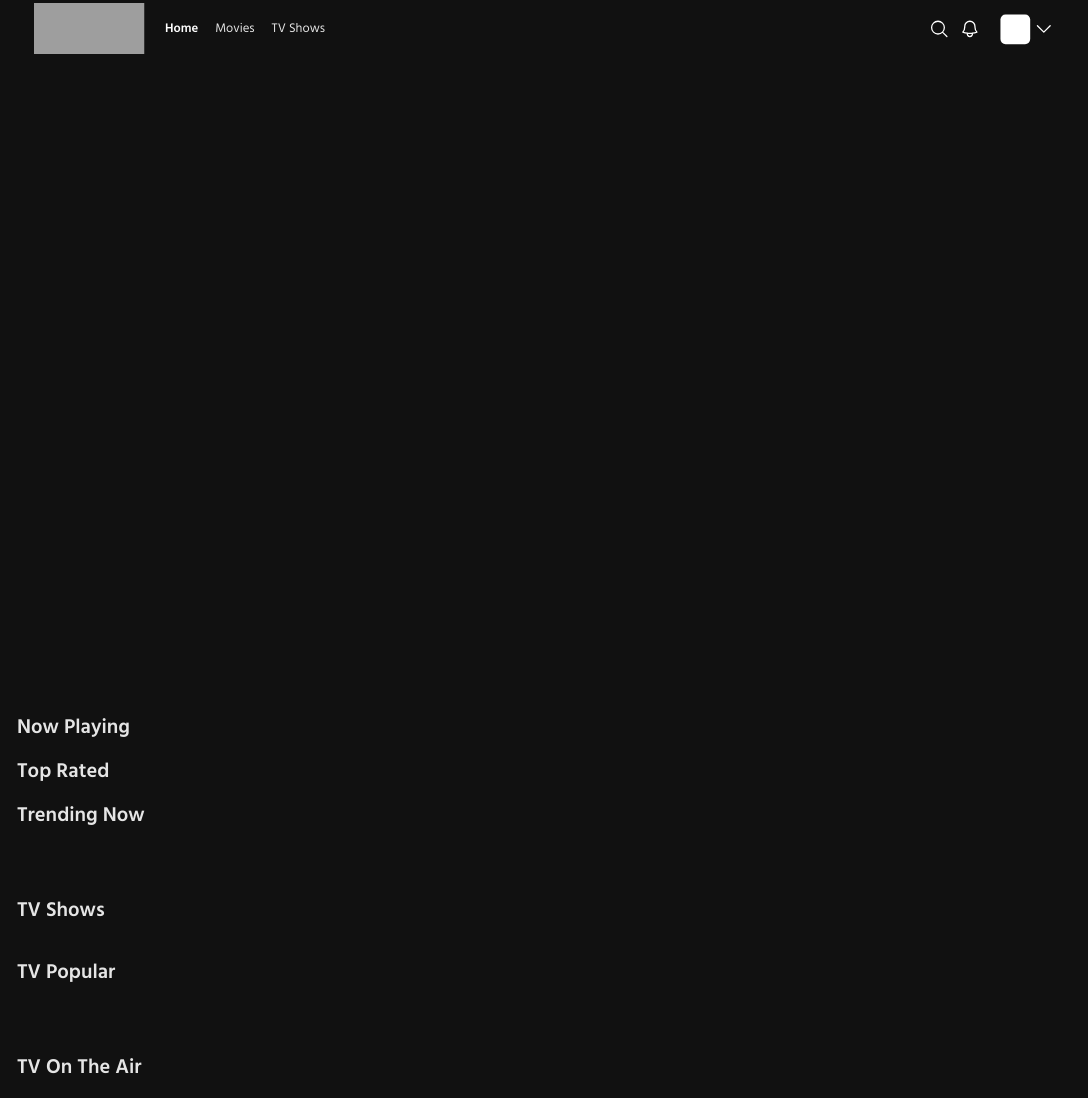
Repository: quynguyenn97/react-movie-app
Page: /
The author's editor kept a copy of each file at every save. The page is drawn from the files as they stood at one save, then again after the next save.
The browser window is 1280 px wide. The pictures show the part of the page from y = 0 to 1292 px (the page is 1852 px tall before and 1792 px after), at 85% of full size.
Pictures or frames that could not be fetched are drawn as grey boxes. The page's requests for data from a server got no answer. The project was rebuilt for these pictures with package versions that can differ from the ones it lists, and the page was loaded fresh each time. No one was signed in, and anything a server would have sent is missing. Also part of the build but not shown: src/banner/Banner.scss, src/hook/useDebounce.js, src/components/button/Button.js, src/components/shows/ShowsCard.js, src/pages/ShowPage.js, src/pages/ShowDetailPage.js, src/components/movie/MovieCard.scss.

Above is the page before, as saved 2022-10-19 18:49:05.

### public/index.html
<!DOCTYPE html>
<html lang="en">
    <head>
        <meta charset="utf-8" />
        <link rel="icon" href="%PUBLIC_URL%/favicon.ico" />
        <meta name="viewport" content="width=device-width, initial-scale=1" />
        <meta name="theme-color" content="#000000" />
        <meta
            name="description"
            content="Web site created using create-react-app" />
        <link rel="apple-touch-icon" href="%PUBLIC_URL%/logo192.png" />
        <!--
      manifest.json provides metadata used when your web app is installed on a
      user's mobile device or desktop. See https://developers.google.com/web/fundamentals/web-app-manifest/
    -->
        <link rel="manifest" href="%PUBLIC_URL%/manifest.json" />
        <!--
      Notice the use of %PUBLIC_URL% in the tags above.
      It will be replaced with the URL of the `public` folder during the build.
      Only files inside the `public` folder can be referenced from the HTML.

      Unlike "/favicon.ico" or "favicon.ico", "%PUBLIC_URL%/favicon.ico" will
      work correctly both with client-side routing and a non-root public URL.
      Learn how to configure a non-root public URL by running `npm run build`.
    -->
        <link rel="preconnect" href="https://fonts.googleapis.com" />
        <link rel="preconnect" href="https://fonts.gstatic.com" crossorigin />
        <link
            href="https://fonts.googleapis.com/css2?family=Hind:wght@400;500;600&display=swap"
            rel="stylesheet" />
        <title>React App</title>
    </head>
    <body>
        <noscript>You need to enable JavaScript to run this app.</noscript>
        <div id="root"></div>
        <!--
      This HTML file is a template.
      If you open it directly in the browser, you will see an empty page.

      You can add webfonts, meta tags, or analytics to this file.
      The build step will place the bundled scripts into the <body> tag.

      To begin the development, run `npm start` or `yarn start`.
      To create a production bundle, use `npm run build` or `yarn build`.
    --></body>
</html>

### src/index.js
import React from "react";
import ReactDOM from "react-dom/client";
import "./index.scss";
import App from "./App";
import reportWebVitals from "./reportWebVitals";
import { BrowserRouter } from "react-router-dom";

const root = ReactDOM.createRoot(document.getElementById("root"));
root.render(
    <BrowserRouter>
        <React.StrictMode>
            <App />
        </React.StrictMode>
    </BrowserRouter>
);

// If you want to start measuring performance in your app, pass a function
// to log results (for example: reportWebVitals(console.log))
// or send to an analytics endpoint. Learn more: https://bit.ly/CRA-vitals
reportWebVitals();

### src/index.scss
@tailwind base;
@tailwind components;
@tailwind utilities;

@layer base {
    body {
        @apply bg-[#111111] font-body   text-white;
    }
}
@layer components {
    .page-container {
        max-width: 1280px;
        @apply mx-auto;
    }
    .movie-list .swiper-slide {
        width: 300px;
        height: auto;
    }
    .banner .swiper {
        height: 100%;
    }
    .btn {
        box-shadow: 0 0 3px 3px rgba(#fc2872, 0.3);
    }
    .btn-custom {
        background: linear-gradient(107.61deg, #00a7b4 15.59%, #a4d96c 87.25%);
        border-radius: 8px;
        box-shadow: 0 0 3px 3px rgba(#a4d96c, 0.3);
    }
    .contact :hover {
        color: #a4d96c;
    }
}
.pagination {
    display: none;
}
.skeleton {
    background-color: #eee;
    background-image: linear-gradient(
        110deg,
        #ececec 8%,
        #f5f5f5 18%,
        #ececec 33%
    );
    background-size: 200% 100%;
    animation: 1.5s shine linear infinite;
}

@keyframes shine {
    to {
        background-position-x: -200%;
    }
}
@media (min-width: 640px) {
    .pagination {
        display: flex;
        align-items: center;
        justify-content: center;
        gap: 20px;
        .selected {
            @apply text-primary;
        }
    }
}

### src/App.js
import { Fragment, lazy, Suspense } from "react";
import Banner from "./banner/Banner";
import "swiper/scss";
import "swiper/css/autoplay";
import { Route, Routes } from "react-router-dom";
import Main from "./layout/Main";
import ShowPage from "./pages/ShowPage";
import ShowDetailsPage from "./pages/ShowDetailPage";
const HomePage = lazy(() => import("./pages/HomePage"));
const MovieDetailsPage = lazy(() => import("./pages/MovieDetailsPage"));
const MoviePage = lazy(() => import("./pages/MoviePage"));

function App() {
    return (
        <Fragment>
            <Suspense fallback={<></>}>
                <Routes>
                    <Route element={<Main></Main>}>
                        <Route
                            path="/"
                            element={
                                <>
                                    <Banner></Banner>
                                    <HomePage></HomePage>
                                </>
                            }></Route>
                        <Route
                            path="/movies"
                            element={<MoviePage></MoviePage>}></Route>
                        <Route
                            path="/movie/:movieId"
                            element={
                                <MovieDetailsPage></MovieDetailsPage>
                            }></Route>
                        <Route
                            path="/shows"
                            element={<ShowPage></ShowPage>}></Route>
                        <Route
                            path="/show/:showId"
                            element={
                                <ShowDetailsPage></ShowDetailsPage>
                            }></Route>
                    </Route>
                </Routes>
            </Suspense>
        </Fragment>
    );
}

export default App;

### src/layout/Main.js
import React, { Fragment } from "react";
import Header from "./Header";
import { Outlet } from "react-router-dom";
const Main = () => {
    return (
        <Fragment>
            <Header></Header>
            <Outlet></Outlet>
        </Fragment>
    );
};

export default Main;

### src/pages/HomePage.js
import React, { Fragment } from "react";
import MovieList from "../components/movie/MovieList";
import ShowsList from "../components/shows/ShowsList";
import Footer from "../layout/Footer";
const HomePage = () => {
    return (
        <Fragment>
            <section className="movies-layout px-5 pb-5">
                <h2 className="text-[#e5e5e5] capitalize text-2xl  sm:text-2xl font-bold">
                    Now playing
                </h2>
                <MovieList></MovieList>
                <div className="movie-list grid grid-cols-4 gap-10 px-5"></div>
            </section>
            <section className="movies-layout px-5 pb-5">
                <h2 className="text-[#e5e5e5] capitalize  text-2xl sm:text-2xl font-bold">
                    Top Rated
                </h2>
                <MovieList type="top_rated"></MovieList>
            </section>
            <section className="movies-layout px-5 pb-20">
                <h2 className="text-[#e5e5e5] capitalize text-2xl sm:text-2xl font-bold">
                    Trending Now
                </h2>
                <MovieList type="popular"></MovieList>
            </section>

            <section className="movies-layout px-5 pb-10">
                <h2 className="text-[#e5e5e5] capitalizetext-2xl sm:text-2xl font-bold">
                    TV Shows
                </h2>
                <ShowsList></ShowsList>
            </section>
            <section className="movies-layout px-5 pb-20">
                <h2 className="text-[#e5e5e5] capitalize text-2xl sm:text-2xl font-bold">
                    TV Popular
                </h2>
                <ShowsList type="popular"></ShowsList>
            </section>
            <section className="movies-layout px-5 pb-20">
                <h2 className="text-[#e5e5e5] capitalize text-2xl sm:text-2xl font-bold">
                    TV On The Air
                </h2>
                <ShowsList type="on_the_air"></ShowsList>
            </section>
            <Footer />
        </Fragment>
    );
};

export default HomePage;

### src/config.js
export const fetcher = (...args) => fetch(...args).then((res) => res.json());
export const apiKey = "5b6bd71d2eb24fb649d55629a64802ff";
const tmdbEndpoint = "https://api.themoviedb.org/3/movie";
const tmdbEndpointTV = "https://api.themoviedb.org/3/tv";
const tmdbEndpointSearch = "https://api.themoviedb.org/3/search/movie";
const tmdbEndpointSearchTV = "https://api.themoviedb.org/3/search/tv";
export const tmdbAPI = {
    getMovieList: (type, page = 2) =>
        `${tmdbEndpoint}/${type}?api_key=${apiKey}&page=${page}`,
    getMovieDetails: (movieId) =>
        `${tmdbEndpoint}/${movieId}?api_key=${apiKey}`,
    getMovieMeta: (movieId, type) =>
        `${tmdbEndpoint}/${movieId}/${type}?api_key=${apiKey}`,
    getMovieSearch: (query, page) =>
        `${tmdbEndpointSearch}?api_key=${apiKey}&query=${query}&page=${page}`,
    getTVList: (type, page = 1) =>
        `${tmdbEndpointTV}/${type}?api_key=${apiKey}&page=${page}`,
    getTVSearch: (query, page) =>
        `${tmdbEndpointSearchTV}?api_key=${apiKey}&query=${query}&page=${page}`,
    getTVDetails: (showId) => `${tmdbEndpointTV}/${showId}?api_key=${apiKey}`,
    getTVMeta: (showId, type) =>
        `${tmdbEndpointTV}/${showId}/${type}?api_key=${apiKey}`,

    imageOriginal: (url) => `https://image.tmdb.org/t/p/original/${url}`,
    image500: (url) => `https://image.tmdb.org/t/p/w500/${url}`,
};

### src/components/movie/MovieList.js
import React, { useEffect, useState } from "react";
import { SwiperSlide, Swiper } from "swiper/react";
import useSWR from "swr";
import { fetcher } from "../../config";
import MovieCard, { MovieCardSkeleton } from "./MovieCard";
import { tmdbAPI } from "../../config";

const MovieList = ({ type = "now_playing" }) => {
    const { data, error } = useSWR(tmdbAPI.getMovieList(type), fetcher);
    const isLoading = !data && !error;
    const movie = data?.results || [];
    return (
        <div className="movie-list">
            {isLoading && (
                <>
                    <Swiper
                        grabCursor={"true"}
                        spaceBetween={40}
                        slidesPerView={"auto"}>
                        <SwiperSlide>
                            <MovieCardSkeleton></MovieCardSkeleton>
                        </SwiperSlide>
                        <SwiperSlide>
                            <MovieCardSkeleton></MovieCardSkeleton>
                        </SwiperSlide>
                        <SwiperSlide>
                            <MovieCardSkeleton></MovieCardSkeleton>
                        </SwiperSlide>
                        <SwiperSlide>
                            <MovieCardSkeleton></MovieCardSkeleton>
                        </SwiperSlide>
                        <SwiperSlide>
                            <MovieCardSkeleton></MovieCardSkeleton>
                        </SwiperSlide>
                    </Swiper>
                </>
            )}
            {!isLoading && (
                <Swiper
                    grabCursor={"true"}
                    spaceBetween={10}
                    slidesPerView={"auto"}>
                    {movie &&
                        movie.length > 0 &&
                        movie.map((item) => {
                            return (
                                <SwiperSlide key={`movie-${item.id}`}>
                                    <MovieCard item={item}></MovieCard>
                                </SwiperSlide>
                            );
                        })}
                </Swiper>
            )}
        </div>
    );
};

export default MovieList;

### src/components/shows/ShowsList.js
import React from "react";
import { SwiperSlide, Swiper } from "swiper/react";
import useSWR from "swr";
import { fetcher } from "../../config";
import { MovieCardSkeleton } from "../movie/MovieCard";
import { tmdbAPI } from "../../config";
import ShowsCard from "./ShowsCard";

const ShowList = ({ type = "top_rated" }) => {
    const { data, error } = useSWR(tmdbAPI.getTVList(type), fetcher);
    const isLoading = !data && !error;
    const show = data?.results || [];
    return (
        <div className="movie-list">
            {isLoading && (
                <>
                    <Swiper
                        grabCursor={"true"}
                        spaceBetween={40}
                        slidesPerView={"auto"}>
                        <SwiperSlide>
                            <MovieCardSkeleton></MovieCardSkeleton>
                        </SwiperSlide>
                        <SwiperSlide>
                            <MovieCardSkeleton></MovieCardSkeleton>
                        </SwiperSlide>
                        <SwiperSlide>
                            <MovieCardSkeleton></MovieCardSkeleton>
                        </SwiperSlide>
                        <SwiperSlide>
                            <MovieCardSkeleton></MovieCardSkeleton>
                        </SwiperSlide>
                        <SwiperSlide>
                            <MovieCardSkeleton></MovieCardSkeleton>
                        </SwiperSlide>
                    </Swiper>
                </>
            )}
            {!isLoading && (
                <Swiper
                    grabCursor={"true"}
                    spaceBetween={40}
                    slidesPerView={"auto"}>
                    {show &&
                        show.length > 0 &&
                        show.map((item) => {
                            return (
                                <SwiperSlide key={`movie-${item.id}`}>
                                    <ShowsCard item={item}></ShowsCard>
                                </SwiperSlide>
                            );
                        })}
                </Swiper>
            )}
        </div>
    );
};

export default ShowList;

### src/layout/Footer.js
import React from "react";

const Footer = () => {
    return (
        <div className="w-full h-[500px] relative">
            <img
                src="https://movie-clone-sigma.vercel.app/static/media/footer-bg.67e95f05e76a8cebf7e2.jpg"
                alt=""
                className="object-cover h-[500px] w-full absolute"
            />
            <h3 className="text-[#fc2872] absolute text-2xl font-bold bottom-[45%] left-[25%] sm:left-[45%] contact">
                <a href="https://www.facebook.com/nguyenhoangtrongquy/">
                    Contact Me
                </a>
            </h3>
        </div>
    );
};

export default Footer;

### src/components/movie/MovieCard.js
import React from "react";
import { useNavigate } from "react-router-dom";
import Button from "../button/Button";
import { tmdbAPI } from "../../config";
import LoadingSkeleton from "../loading/LoadingSkeleton";
import "./MovieCard.scss";
const MovieCard = ({ item }) => {
    const { title, vote_average, release_date, poster_path, id } = item;
    const navigate = useNavigate();
    return (
        <div className="movie-card flex flex-col rounded-3xl pr-5 pt-8 pb-8 bg-[#111111] w-[290px] sm:w-full h-full text-white select-none">
            <img
                src={tmdbAPI.image500(poster_path)}
                alt=""
                className="w-full h-full object-cover rounded-3xl mb-2"
            />
            <div className="content-card">
                <div className="flex flex-col flex-1">
                    <h3 className="text-white font-bold text-lg">{title}</h3>
                    <div className="flex items-center justify-between text-sm  mb-3 text-white font-bold">
                        <span className="opacity-50">
                            {new Date(release_date).getFullYear()}
                        </span>
                        <div className="flex gap-1">
                            <span>
                                <svg
                                    xmlns="http://www.w3.org/2000/svg"
                                    fill="none"
                                    viewBox="0 0 24 24"
                                    strokeWidth="1.5"
                                    stroke="currentColor"
                                    className="w-4 h-4 text-yellow-500">
                                    <path
                                        strokeLinecap="round"
                                        strokeLinejoin="round"
                                        d="M11.48 3.499a.562.562 0 011.04 0l2.125 5.111a.563.563 0 00.475.345l5.518.442c.499.04.701.663.321.988l-4.204 3.602a.563.563 0 00-.182.557l1.285 5.385a.562.562 0 01-.84.61l-4.725-2.885a.563.563 0 00-.586 0L6.982 20.54a.562.562 0 01-.84-.61l1.285-5.386a.562.562 0 00-.182-.557l-4.204-3.602a.563.563 0 01.321-.988l5.518-.442a.563.563 0 00.475-.345L11.48 3.5z"
                                    />
                                </svg>
                            </span>
                            <span className="text-yellow-500">
                                {Math.ceil(vote_average)}
                            </span>
                        </div>
                    </div>
                    <Button
                        bgColor="primary"
                        className="btn-card"
                        onClick={() => navigate(`/movie/${id}`)}>
                        Watch now
                    </Button>
                </div>
            </div>
        </div>
    );
};
export default MovieCard;
export const MovieCardSkeleton = () => {
    return (
        <div className="movie-card flex flex-col rounded-lg p-3 bg-slate-800 text-white h-full select-none">
            <LoadingSkeleton
                width="100%"
                height="250px"
                radius="8px"
                className="mb-5"></LoadingSkeleton>
            <div className="flex flex-col flex-1">
                <h3 className="text-xl font-bold mb-3">
                    <LoadingSkeleton
                        width="100%"
                        height="20px"></LoadingSkeleton>
                </h3>
                <div className="flex items-center justify-between text-sm opacity-50 mb-10">
                    <span>
                        <LoadingSkeleton
                            width="50px"
                            height="10px"></LoadingSkeleton>
                    </span>
                    <span>
                        <LoadingSkeleton
                            width="30px"
                            height="10px"></LoadingSkeleton>
                    </span>
                </div>
                <LoadingSkeleton
                    width="100%"
                    height="45px"
                    radius="6px"></LoadingSkeleton>
            </div>
        </div>
    );
};

### src/layout/Header.scss
.navbar active {
    background-color: white;
}
.left-input {
    font-size: 15px;
    border: none;
    color: #fff;
    outline: none;
    width: 0px;
    padding: 5px;
    background: #111111;
    border: 1px solid #fff;
    transition: width 0.5s;
    cursor: pointer;
    opacity: 0;
    z-index: 10;

    &:focus {
        padding-left: 15px;
        width: 250px;
        cursor: text;
        opacity: 1;
        padding-left: 30px;
        z-index: -1;
    }
}
.logo {
    cursor: pointer;
}
.search {
    top: 5px;
    cursor: pointer;
}

### src/components/loading/LoadingSkeleton.js
import React from "react";

const LoadingSkeleton = (props) => {
    return (
        <div
            className={`skeleton ${props.className}`}
            style={{
                height: props.height,
                width: props.width || "100%",
                borderRadius: props.radius,
            }}></div>
    );
};

export default LoadingSkeleton;

### tailwind.config.js
/** @type {import('tailwindcss').Config} */
module.exports = {
    content: ["./src/**/*.{js,jsx,ts,tsx}"],
    theme: {
        extend: {
            fontFamily: {
                body: ["Hind", "sans-serif"],
            },
            colors: {
                primary: "#FC2872",
                secondary: "#6F5CF1",
            },
        },
    },
    plugins: [],
};

Loaded but not shown: src/reportWebVitals.js (common file); src/layout/Header.js (121 lines, source omitted); src/banner/Banner.js (105 lines, source omitted)

After the next save:
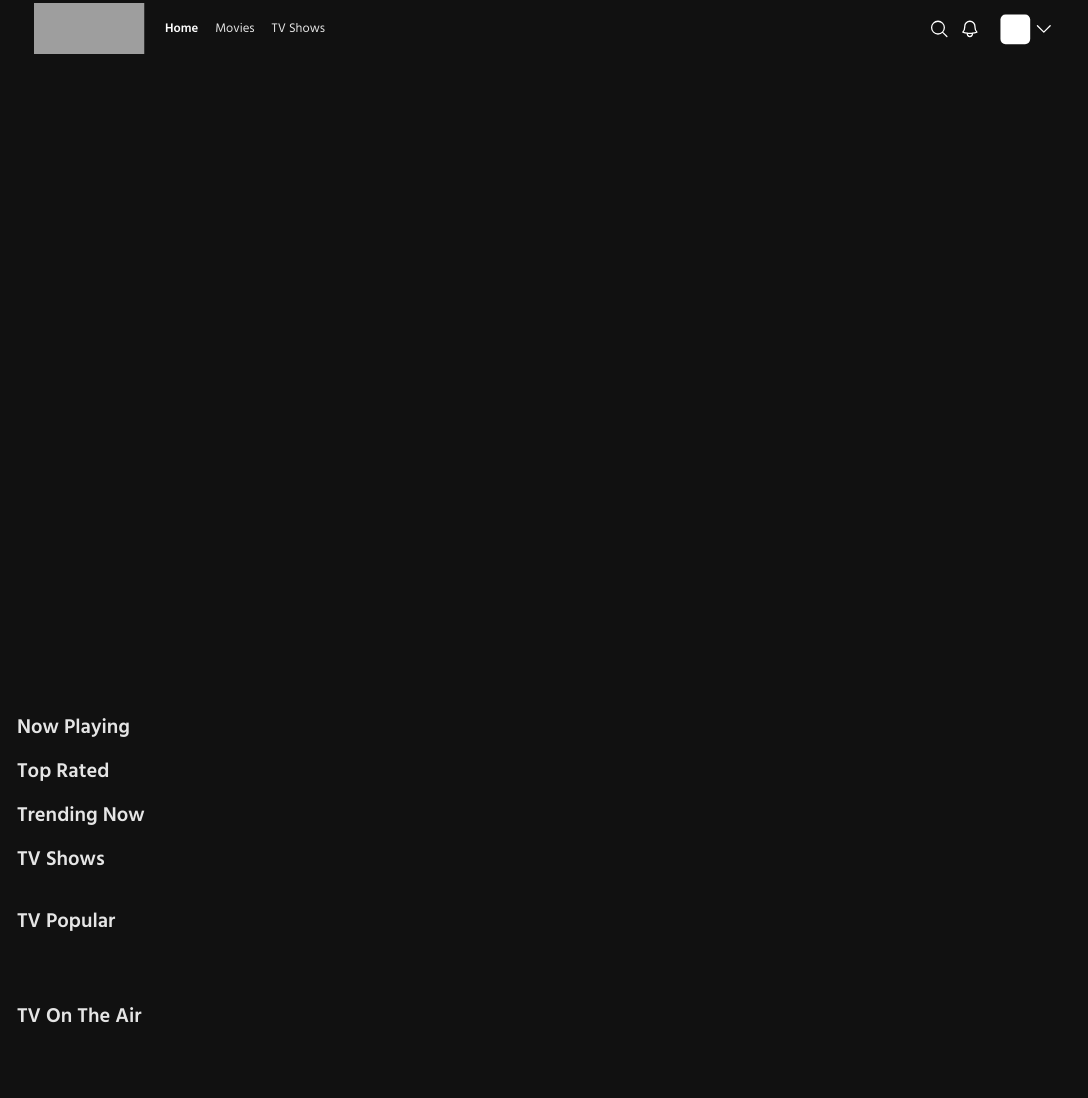
Saved 9 s later.
--- a/src/pages/HomePage.js
+++ b/src/pages/HomePage.js
@@ -18,7 +18,7 @@ const HomePage = () => {
                 </h2>
                 <MovieList type="top_rated"></MovieList>
             </section>
-            <section className="movies-layout px-5 pb-20">
+            <section className="movies-layout px-5 pb-5">
                 <h2 className="text-[#e5e5e5] capitalize text-2xl sm:text-2xl font-bold">
                     Trending Now
                 </h2>
